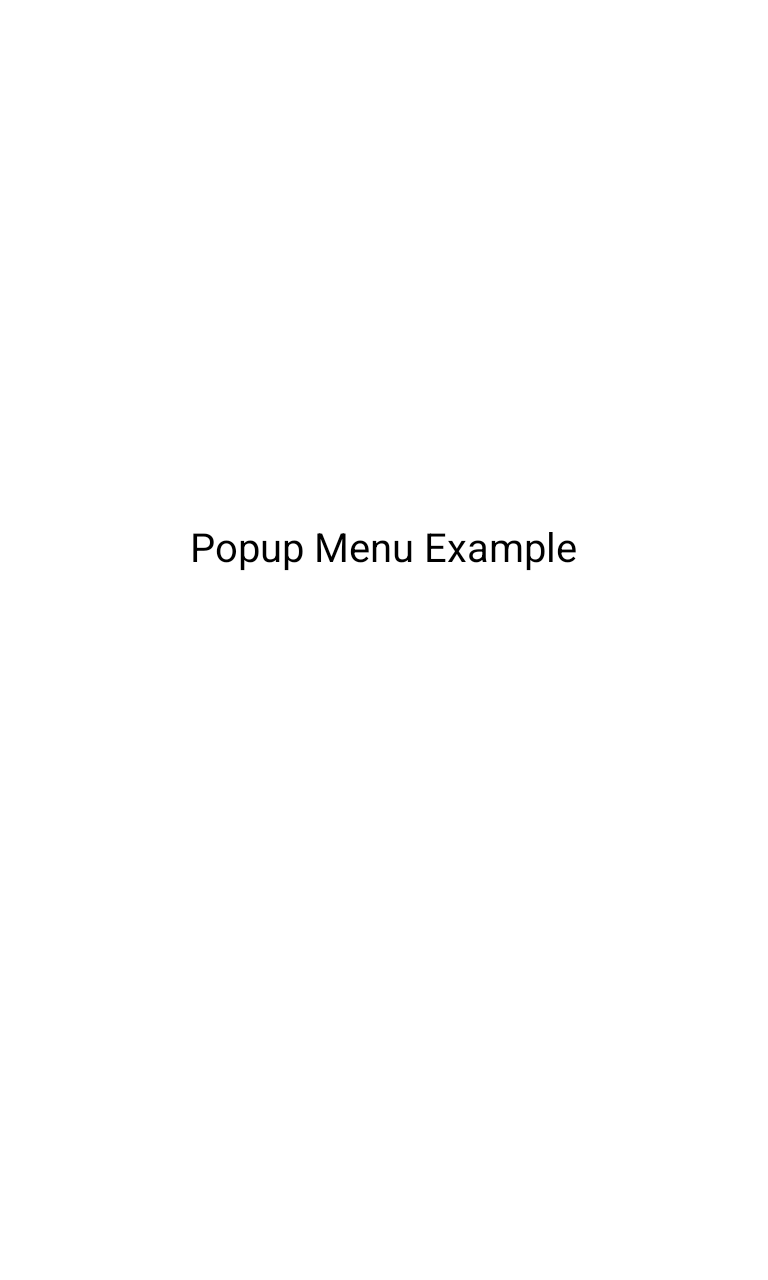
Repository: k-chung/fatelogin
Layout: popupmenu/Main/res/layout/main.xml
The author's editor kept a copy of each file at every save. The layout is drawn from the files as they stood at one save, then again after the next save.
It is drawn on a 768 x 1280 px phone screen (xhdpi) without system bars, with theme AppTheme; the app's code is not run.

Above is the layout before, as saved 2014-08-16 23:58:56.

After the next save:
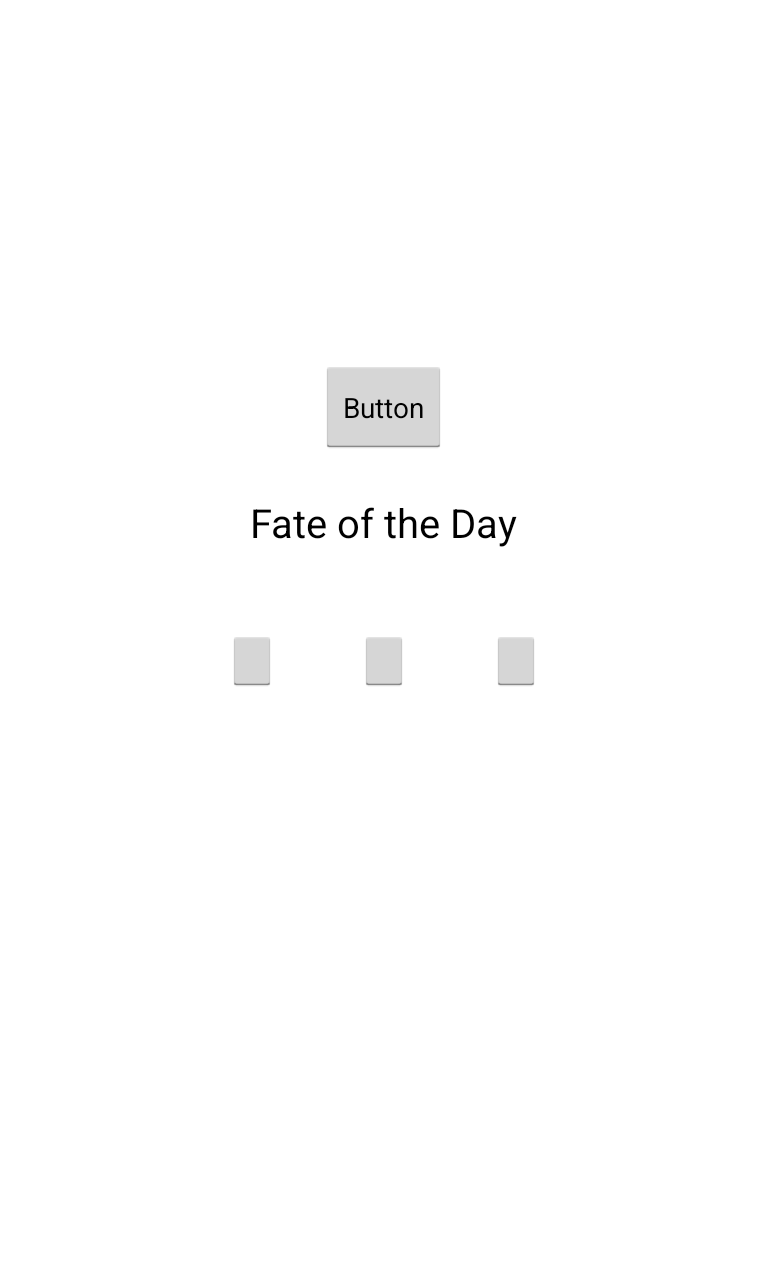
Saved 113 s later.
--- a/popupmenu/Main/res/layout/main.xml
+++ b/popupmenu/Main/res/layout/main.xml
@@ -3,6 +3,13 @@
     android:layout_height="fill_parent"
     android:gravity="center"
     android:orientation="vertical">
+
+    <Button
+        android:id="@+id/button1"
+        style="?android:attr/buttonStyleSmall"
+        android:layout_width="wrap_content"
+        android:layout_height="wrap_content"
+        android:text="Button" />
 
     <TextView
         android:layout_width="wrap_content"
@@ -11,11 +18,13 @@
         android:textSize="20sp"
         android:textColor="#000000"
         android:layout_margin="20dip"
-        android:text="Popup Menu Example" />
+        android:text="Fate of the Day" />
 
     <LinearLayout
+        android:layout_width="wrap_content"
+        android:layout_height="wrap_content"
+        android:orientation="horizontal" >
 
-        android:orientation="horizontal">
 	    <ImageButton
 	        android:layout_width="wrap_content"
 	        android:layout_height="wrap_content"
